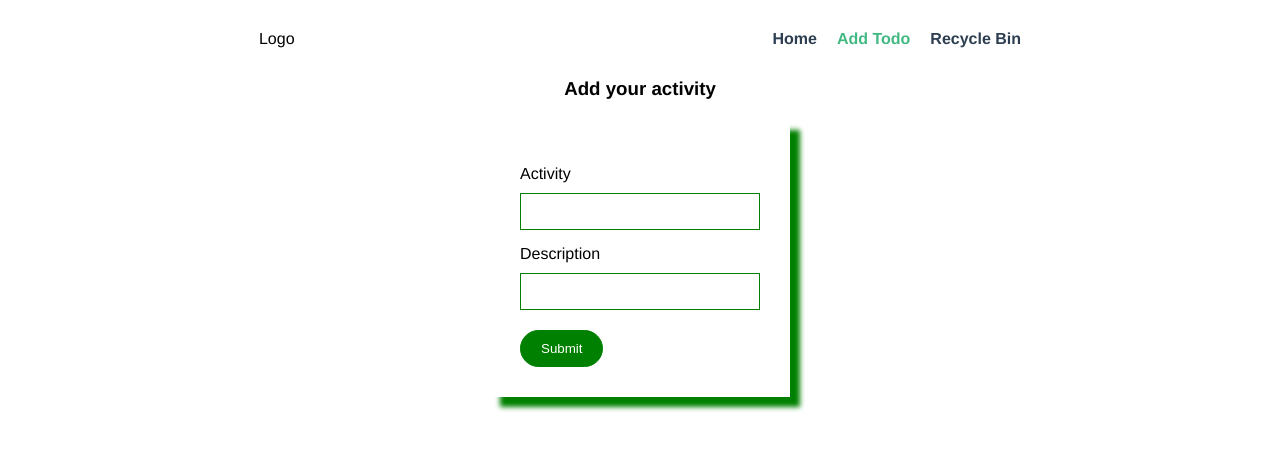
Repository: adisamicheal/academy-vuex-todo
Page: /add-todo
These files come from the project's save history. The page is drawn as it stood at one moment and after the next save; the edit follows.
The browser window is 1280 px wide. The pictures show the whole page.
The project was rebuilt for these pictures with package versions that can differ from the ones it lists, and the page was loaded fresh each time. Also part of the build but not shown: src/views/Home.vue.

Above is the page before, as saved 2021-11-01 14:07:02.

### src/App.vue
<template>
  <div id="app">
    <div id="nav">
      <Navigation />
    </div>
    <router-view/>
  </div>
</template>

<script>
import Navigation from '@/components/Navigation.vue'

export default {
  components: {
    Navigation
  }
}
</script>

<style>
* {
  margin: 0;
  padding: 0;
  box-sizing: border-box;
}
#app {
  font-family: Avenir, Helvetica, Arial, sans-serif;
  -webkit-font-smoothing: antialiased;
  -moz-osx-font-smoothing: grayscale;
}

#nav {
  padding: 30px;
}

#nav a {
  font-weight: bold;
  color: #2c3e50;
}

#nav a.router-link-exact-active {
  color: #42b983;
}
.active-button {
  background: #42b983;
  color: #fff;
  font-size: 18px;
  padding: 10px 20px;
}
</style>

### src/router/index.js
import Vue from 'vue'
import VueRouter from 'vue-router'
import Home from '../views/Home.vue'

Vue.use(VueRouter)

const routes = [
  {
    path: '/',
    name: 'Home',
    component: Home
  },
  {
    path: '/about',
    name: 'About',
    // route level code-splitting
    // this generates a separate chunk (about.[hash].js) for this route
    // which is lazy-loaded when the route is visited.
    component: () => import(/* webpackChunkName: "about" */ '../views/About.vue')
  },
  {
    path: '/add-todo',
    name: 'AddTodo',
    component: () => import(/* webpackChunkName: "about" */ '../views/AddTodo.vue')
  },
  {
    path: '/recycle-bin',
    name: 'RecycleBin',
    component: () => import('../views/RecycleBin.vue')
  }
]

const router = new VueRouter({
  mode: 'history',
  base: process.env.BASE_URL,
  routes
})

export default router

### src/store/index.js
import Vue from 'vue'
import Vuex from 'vuex'

Vue.use(Vuex)

export default new Vuex.Store({
  state: {
    todoItems: [],
    currentId: 0,
    deletedTodoItems: []
  },
  getters: {
    getTodoItems: state => state.todoItems,
    getCurrentId: state => state.currentId,
    getDeletedTodoItems: state => state.deletedTodoItems,
    getTodoById: (state) =>(id) => {
      return state.todoItems.find(item => item.id === id)
    }
  },
  mutations: {
    updateTodoItems: (state, payload) => { state.todoItems.push(payload)},
    updateCurrentId: (state) => { state.currentId +=1 },
    removeItem: (state, payload) => {
      state.todoItems = state.todoItems.filter(item => item.id !== payload)
    },
    updateDeletedTodoItems: (state, payload) => { state.deletedTodoItems.push(payload)},
    removeDeletedItems: (state, payload) => {
      state.deletedTodoItems = state.deletedTodoItems.filter(item => item.id !== payload)
    }
  },
  actions: {
    addTodoItem(context, payload) {
      const currentId = context.state.currentId
      const data = {
        ...payload,
        id: currentId,
      }
      context.commit('updateTodoItems', data)
      context.commit('updateCurrentId')
    },
    deleteTodoItem(context, payload) {
      console.log('Deleted Todo',payload);
      const currentTodo = context.getters.getTodoById(payload)
      context.commit('removeItem', payload)
      context.commit('updateDeletedTodoItems', currentTodo)
    },
    restoreTodoItem(context, payload) {
      const currentTodo = context.state.deletedTodoItems.find(item => item.id === payload)
      context.commit('updateTodoItems', currentTodo),
      context.commit('removeDeletedItems', payload)
    }
  },
  modules: {
  }
})

### src/components/Navigation.vue
<template>
  <nav>
      <div class="logo">
          Logo
      </div>
      <div>
          <ul>
              <li><router-link to="/">Home</router-link> </li>
              <li><router-link to="/add-todo">Add Todo</router-link> </li>
              <li><router-link to="/recycle-bin">Recycle Bin</router-link> </li>
              <!-- <li><router-link to="/">Home</router-link> </li> -->
          </ul>
      </div>
  </nav>
</template>

<script>
export default {

}
</script>

<style scoped>
nav {
    display: flex;
    align-items: center;
    justify-content: space-around;
}
ul {
    list-style: none;
    display: flex;
    align-items: center;
}
ul li {
    margin-left: 20px;
}
ul li a {
    text-decoration: none;
}
</style>

### src/views/AddTodo.vue
<template>
  <div>
      <h3>Add your activity</h3>
      <div class="form-container">
          <form action="">
              <div class="form-input">
                  <label for="Activity">Activity</label>
                  <input type="text" id="activity" name="activity" v-model="formData.activity">
              </div>
              <div class="form-input">
                  <label for="Description">Description</label>
                  <input type="text" id="description" name="description" v-model="formData.description">
              </div>
              <button @click.prevent="onSubmit">Submit</button>
          </form>
      </div>
      <!-- <div class="todo">
        <div class="todo-card" v-for="todo in getTodoItems" :key="todo.id">
            <h5 class="card-title">{{ todo.activity }}</h5>
            <p class="card-description">{{ todo.description }}</p>
        </div>
      </div> -->
  </div>
</template>

<script>
import { mapGetters, mapActions } from 'vuex';

export default {
    name: 'AddTodo',
    data() {
        return {
            formData: {
                activity: '',
                description: ''
            }
        }
    },
    computed: {
        ...mapGetters(['getTodoItems'])
    },
    methods: {
        ...mapActions(['addTodoItem']),
        onSubmit() {
            const data = {
                activity: this.formData.activity,
                description: this.formData.description
            }
            console.log('todo data', data);
            this.addTodoItem(data)
            this.formData.activity = '',
            this.formData.description = ''
        }
    }

}
</script>

<style scoped>
h3 {
    text-align: center;
}
.form-container {
    max-width: 300px;
    margin: 20px auto;
    padding: 30px;
    box-shadow: 10px 10px 5px 0px green;
    -webkit-box-shadow: 10px 10px 5px 0px green;
    -moz-box-shadow: 10px 10px 5px 0px green;
}
.form-input {
    display: flex;
    flex-direction: column;
    margin-top: 15px;
}
.form-input input {
    margin-top: 10px;
    padding: 10px 15px;
    border: 1px solid green;
}
button {
    background: green;
    border: 1px solid green;
    color: #fff;
    padding: 10px 20px;
    border-radius: 20px;
    margin-top: 20px;
}
</style>

Loaded but not shown: public/index.html (common file); src/main.js (common file)

After the next save:
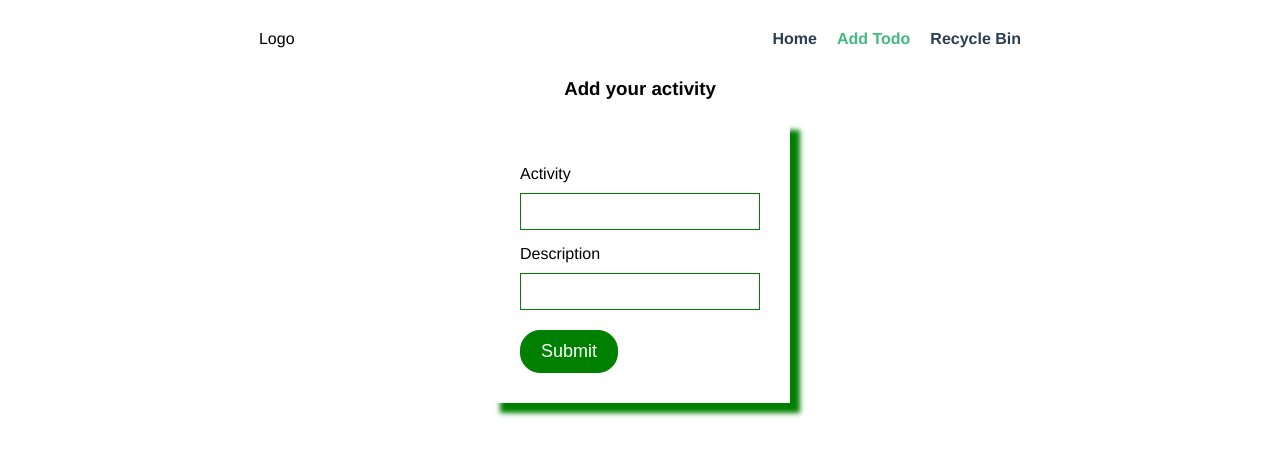
Saved 14 s later.
--- a/src/views/AddTodo.vue
+++ b/src/views/AddTodo.vue
@@ -11,7 +11,7 @@
                   <label for="Description">Description</label>
                   <input type="text" id="description" name="description" v-model="formData.description">
               </div>
-              <button @click.prevent="onSubmit">Submit</button>
+              <button class="active-button" @click.prevent="onSubmit">Submit</button>
           </form>
       </div>
       <!-- <div class="todo">

After the 3 saves that followed:
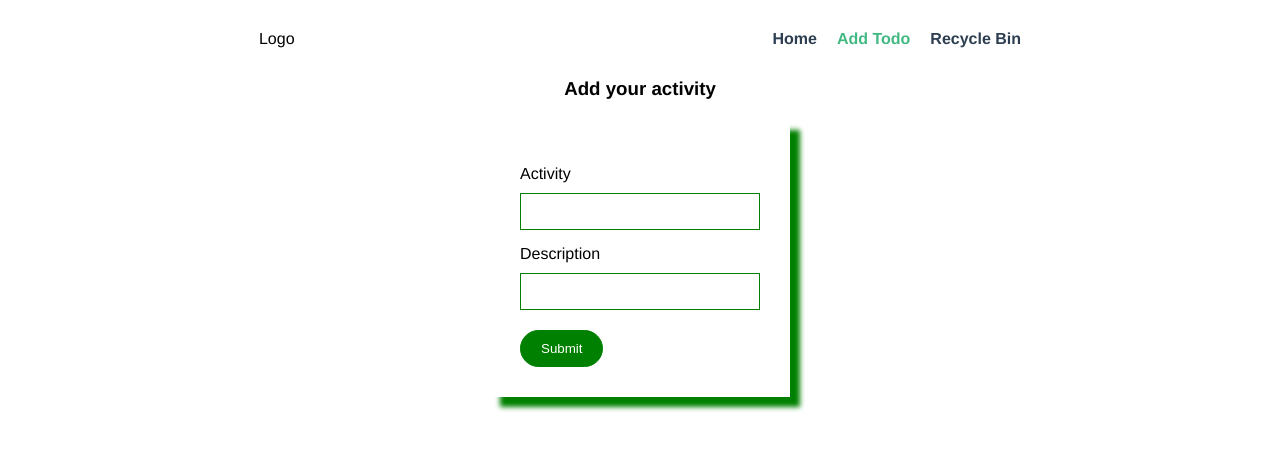
The 3 saves are shown as one change because 2 left the picture as it was.
The last was saved 93 s later.
--- a/src/App.vue
+++ b/src/App.vue
@@ -46,5 +46,8 @@ export default {
   color: #fff;
   font-size: 18px;
   padding: 10px 20px;
+  border: 1px solid #42b983;
+  border-radius: 20px;
+  margin-top: 20px;
 }
 </style>
--- a/src/views/AddTodo.vue
+++ b/src/views/AddTodo.vue
@@ -11,7 +11,7 @@
                   <label for="Description">Description</label>
                   <input type="text" id="description" name="description" v-model="formData.description">
               </div>
-              <button class="active-button" @click.prevent="onSubmit">Submit</button>
+              <button @click.prevent="onSubmit">Submit</button>
           </form>
       </div>
       <!-- <div class="todo">
